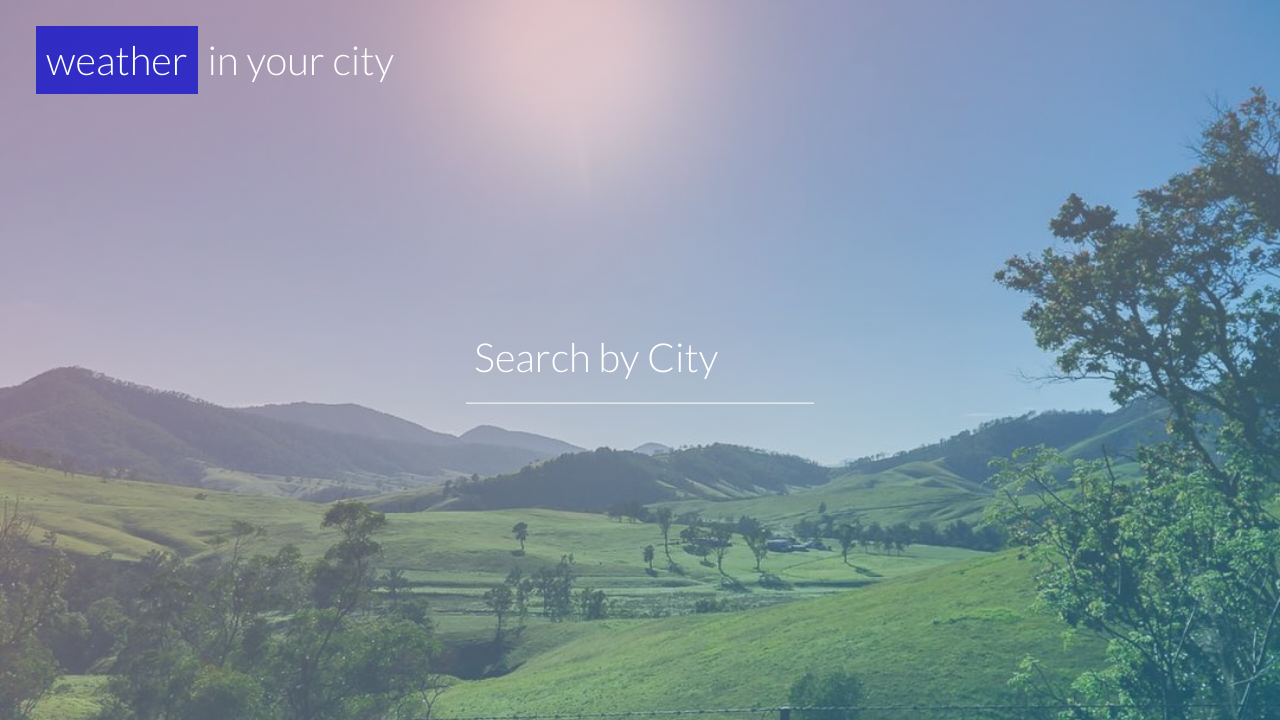
Repository: nosplashurinal/weather-app
Page: /
These files come from the project's save history. The page is drawn as it stood at one moment and after the next save; the edit follows.
The browser window is 1280 px wide. The pictures show the whole page.
The project was rebuilt for these pictures with package versions that can differ from the ones it lists, and the page was loaded fresh each time. Also part of the build but not shown: src/components/WeatherDataBlock.vue.

Above is the page before, as saved 2018-12-28 22:50:54.

### public/index.html
<!DOCTYPE html>
<html lang="en">

<head>
	<meta charset="utf-8">
	<meta http-equiv="X-UA-Compatible" content="IE=edge">
	<meta name="viewport" content="width=device-width,initial-scale=1.0">
	<link rel="icon" href="<%= BASE_URL %>favicon.ico">
	<link href="https://fonts.googleapis.com/css?family=Lato:300,400" rel="stylesheet">
	<title>weather-app</title>
</head>

<body>
	<noscript>
		<strong>We're sorry but weather-app doesn't work properly without JavaScript enabled. Please enable it to continue.</strong>
	</noscript>
	<div id="app"></div>
	<!-- built files will be auto injected -->
</body>

</html>

### src/App.vue
<template>
  <div class="root-container">
    <div class="overlay"></div>
    <div class="title">
      <span>weather</span>
      <span>in your city</span>
    </div>
    <div class="search-container">
      <Search
        v-bind:message="message"
        v-bind:showLoading="isLoadingResults"
        v-bind:isError="isError"
        v-on:on-key-press="onClickSearch"
      />
      <transition name="ease">
        <div class="results-container" v-if="showResults">
          <WeatherDataBlock v-bind:weatherData="weatherData"/>
        </div>
      </transition>
    </div>
  </div>
</template>

<script>
import Search from "./components/Search.vue";
import WeatherDataBlock from "./components/WeatherDataBlock.vue";
import axios from "axios";

export default {
  name: "app",
  components: {
    Search,
    WeatherDataBlock
  },
  data() {
    return {
      currentQueryValue: null,
      results: [],
      showResults: false,
      address: null,
      isError: false,
      message: null,
      searchQuery: null,
      isLoadingResults: false,
      units: "metric",
      weatherData: undefined
    };
  },
  watch: {
    async searchQuery(newQuery) {
      let storedWeatherData;
      this.showResults = false;

      // Check if anything is saved in localStorage
      if (window.localStorage.getItem("searches")) {
        // Now, check if the current query matches anything in localStorage
        storedWeatherData = this.getFromLocalStorage(newQuery);
      } else {
        // Create an empty object in localStorage
        window.localStorage.setItem("searches", null);
      }
      if (storedWeatherData) {
        this.isLoadingResults = true;
        // Translate localStorage data into the format needed to display the data
        setTimeout(
          () =>
            (this.weatherData = this.parseStoredWeatherData(
              storedWeatherData.result
            )),
          0.0001
        );
      } else {
        this.isLoadingResults = true;
        try {
          let weatherData = await this.fetchWeatherDataForCity(
            this.searchQuery
          );
          const formattedData = this.parseApiResponse(newQuery, weatherData);
          this.pushDataToLocalStorage(formattedData);
          this.weatherData = formattedData.result;
        } catch {
          this.isLoadingResults = true;
          this.isError = true;
        }
      }
    },
    weatherData() {
      this.isLoadingResults = false;
      this.showResults = true;
    }
  },
  methods: {
    pushDataToLocalStorage(newDataItem) {
      let storedData = window.localStorage.getItem("searches");
      let storedDataObject = JSON.parse(storedData);
      let newDataObject = [];
      if (storedDataObject) {
        newDataObject = [...storedDataObject, newDataItem];
      } else {
        newDataObject.push(newDataItem);
      }
      window.localStorage.setItem("searches", JSON.stringify(newDataObject));
    },
    parseApiResponse(query, data) {
      return {
        query,
        result: {
          id: data.sys.id,
          temp: data.main.temp,
          name: data.name,
          country: data.sys.country,
          icon: data.weather[0].icon,
          description: data.weather[0].description,
          date: data.dt,
          humidity: data.wind.speed,
          wind: data.main.humidity
        }
      };
    },
    parseStoredWeatherData(data) {
      return {
        name: data.name,
        country: data.country,
        humidity: data.humidity,
        temp: data.temp,
        wind: data.wind,
        icon: data.icon,
        description: data.description,
        date: data.date
      };
    },
    getFromLocalStorage(i) {
      const localStorage = window.localStorage;
      const searchObject = JSON.parse(localStorage.getItem("searches"));
      if (searchObject) {
        return searchObject.find(item => item.query === i);
      } else {
        return null;
      }
    },
    onClickSearch(e) {
      if (e.key === "Enter") {
        this.searchQuery = e.target.value;
      }
    },
    fetchWeatherDataForCity(city) {
      return new Promise((resolve, reject) => {
        axios
          .get(
            `http://api.openweathermap.org/data/2.5/weather?q=${city},in&APPID=7c519880689160b16f5d233f16f2868d${
              this.units === "metric" ? "&units=metric" : ""
            }`
          )
          .then(response => {
            if (response.status === 404) {
              reject(response.err);
            } else {
              resolve(response.data);
            }
          });
      });
    }
  }
};
</script>

<style lang="scss" src="@/styles/app.scss">
</style>

### src/styles/app.scss
@import "./global.scss";
@import "./constants.scss";

.root-container {
  width: 100%;
  height: auto;
  overflow-y: scroll;
  overflow-x: hidden;
  font-size: 16px;
  &:before {
    position: absolute;
    background: url("/images/bg.jpg") no-repeat;
    background-size: cover;
    background-position: center;
    width: 100%;
    height: 100%;
    content: "";
    display: block;
  }
}
.overlay {
  position: absolute;
  width: 100%;
  height: 100%;
  background-image: linear-gradient(
    to bottom right,
    rgba(230, 154, 154, 0.65),
    rgba(44, 181, 232, 0.4)
  );
}
.title {
  position: absolute;
  top: 36px;
  left: 36px;
  width: auto;
  height: auto;
  text-align: center;
  font-size: 2.5em;
  color: #fff;
  font-family: $font-primary;
  font-weight: 100;
  > span {
    padding: 0.25em;
    &:nth-child(1) {
      background-color: rgba($blue, 0.7);
    }
  }
}
.search-container {
  position: absolute;
  top: 50%;
  transform: translate(-50%, -50%);
  left: 50%;
  .results-container {
    margin-top: 4em;
  }
}
.ease-enter-active,
.ease-leave-active {
  transition: all 900ms cubic-bezier(0,.57,.01,.97);
}
.ease-enter, .ease-leave-to /* .fade-leave-active below version 2.1.8 */ {
  opacity: 0;
  transform: scale(0.9) translate(0, 50px);
}

### src/styles/global.scss
html, body {
	position: relative;
	width: 100%;
	height: 100%;
}

body {
	color: #333;
	margin: 0;
	padding: 0;
	box-sizing: border-box;
	font-family: -apple-system, BlinkMacSystemFont, "Segoe UI", Roboto, Oxygen-Sans, Ubuntu, Cantarell, "Helvetica Neue", sans-serif;
}

a {
	color: rgb(0,100,200);
	text-decoration: none;
}

a:hover {
	text-decoration: underline;
}

a:visited {
	color: rgb(0,80,160);
}

label {
	display: block;
}

input, button, select, textarea {
	font-family: inherit;
	font-size: inherit;
	padding: 0.4em;
	margin: 0 0 0.5em 0;
	box-sizing: border-box;
	border: 1px solid #ccc;
	border-radius: 2px;
}

input:disabled {
	color: #ccc;
}

button {
	background-color: #f4f4f4;
	outline: none;
}

button:active {
	background-color: #ddd;
}

button:focus {
	border-color: #666;
}

p {
	margin: 0;
	padding: 0;
}

ul {
	list-style: none;
}
input:focus {
	outline: 0;
}

### src/styles/constants.scss
$blue: rgb(0, 0, 205);
$font-primary: "Lato", sans-serif;

### src/components/Search.vue
<template>
  <div
    class="search-popup"
    v-bind:class="{loading: showLoading, active: inputActive, dirty: isDirty}"
  >
    <input
      autocomplete="off"
      ref:input
      type="text"
      name="search"
      class="search"
      id="search"
      v-model="value"
      v-on:focus="inputActive = true"
      v-on:blur="onBlur"
      v-on:keypress="$emit('on-key-press', $event)"
    >
    <label>Search by City</label>
    <div class="underline"></div>
  </div>
</template>
<script>
export default {
  name: "Search",
  data() {
    return {
      isDirty: false,
      inputActive: false,
      value: null
    };
  },
  props: {
    showLoading: Boolean
  },
  methods: {
    onBlur() {
      this.inputActive = false;
      if (this.value && this.value.length !== 0) {
        this.isDirty = true;
      } else {
        this.isDirty = false;
      }
    }
  }
};
</script>
<style lang="scss" src="@/styles/search.scss">
</style>

### src/styles/search.scss
@import "./constants.scss";

.search-popup {
  position: relative;
  display: block;
  margin-left: auto;
  margin-right: auto;
  margin-top: auto;
  margin-bottom: auto;
  width: 348px;
  border-bottom: 1px solid rgba(255, 255, 255, 1);
  input {
    color: rgba(255, 255, 255, 1);
    background: transparent;
    border: 0;
    font-size: 3em;
    font-family: "Lato", sans-serif;
    font-weight: 300;
    margin: 0;
    width: 100%;
    height: auto;
    padding: 0.3em;
    padding-left: 0.2em;
    &::focus {
      background: transparent;
      border: none;
      outline: none;
      box-shadow: none;
    }
  }
  label {
    position: absolute;
    top: 0;
    bottom: 0;
    font-size: 2.5em;
    line-height: 1.5em;
    color: rgba(255, 255, 255, 1);
    pointer-events: none;
    font-family: "Lato", sans-serif;
    font-weight: 300;
    padding: 0.25em;
    padding-left: 0.2em;
    transition: transform 390ms cubic-bezier(0.4, 0, 0.2, 1);
  }
  &.loading::after {
    content: "";
    display: inline-block;
    position: absolute;
    background: url(https://cdn.caratlane.com/media/static/images/store-locator/loading.gif)
      no-repeat;
    background-size: 100% auto;
    transform: rotate(180deg);
    width: 40px;
    height: 40px;
    top: 0;
    bottom: 0;
    margin: auto;
    right: 0;
    background-position: center;
  }
  &.active {
    label {
      transform: translate(-18%, -70%) scale(0.7);
    }
    .underline {
      transform: scaleX(1);
    }
  }
  &.dirty {
    label {
      transform: translate(-18%, -70%) scale(0.7);
    }
  }
  .underline {
    position: absolute;
    bottom: 0;
    width: 100%;
    height: 2px;
    background: rgba(255, 255, 255, 0.7);
    transform: scaleX(0);
    transition: transform 390ms cubic-bezier(0.4, 0, 0.2, 1);
  }
}

Loaded but not shown: src/main.js (common file)

After the next save:
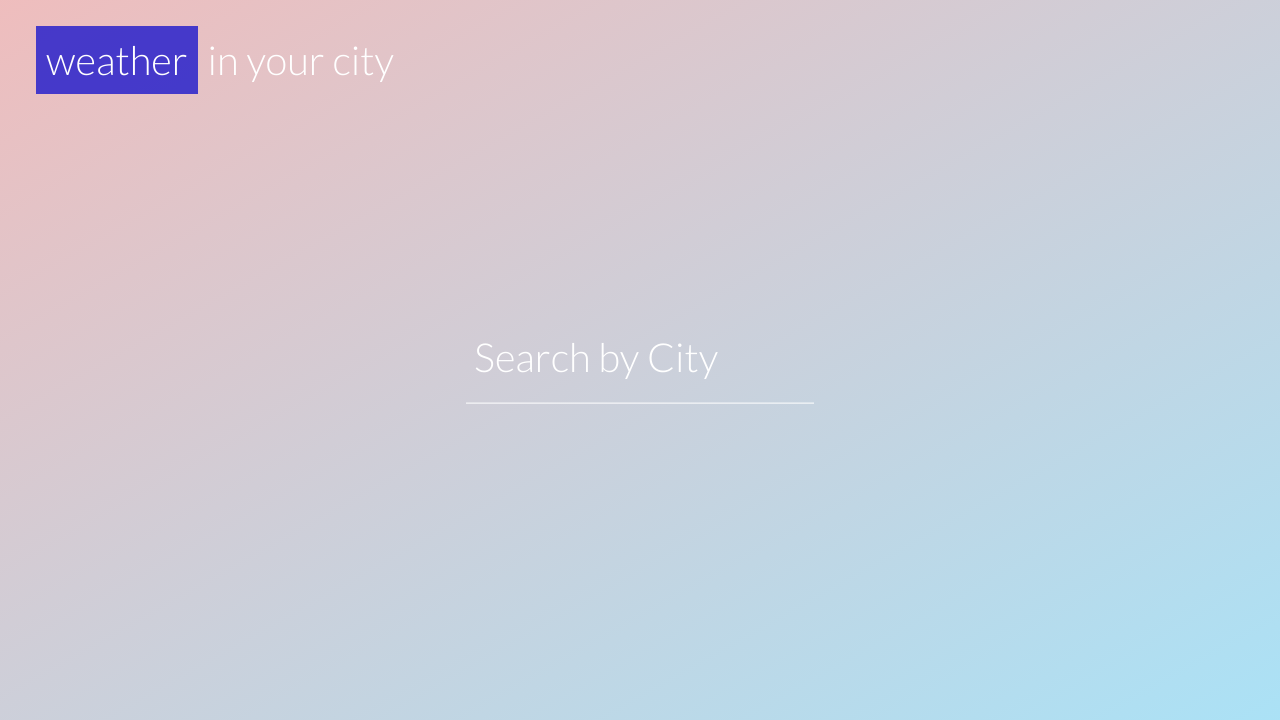
Saved 99 min 29 s later.
--- a/src/styles/app.scss
+++ b/src/styles/app.scss
@@ -7,16 +7,14 @@
   overflow-y: scroll;
   overflow-x: hidden;
   font-size: 16px;
-  &:before {
-    position: absolute;
-    background: url("/images/bg.jpg") no-repeat;
-    background-size: cover;
-    background-position: center;
-    width: 100%;
-    height: 100%;
-    content: "";
-    display: block;
-  }
+}
+.bg {
+  position: absolute;
+  background: url("/images/bg.jpg") no-repeat;
+  background-size: cover;
+  background-position: center;
+  width: 100%;
+  height: 100%;
 }
 .overlay {
   position: absolute;

After the save that followed:
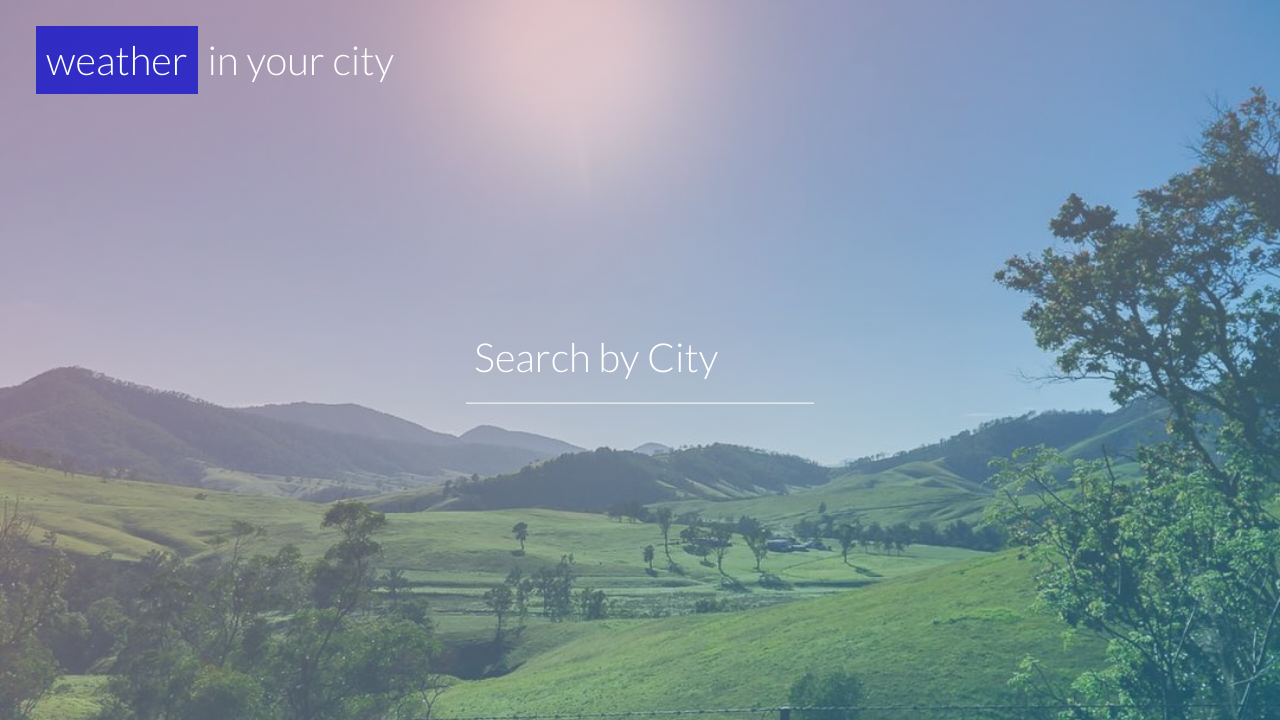
Saved 13 s later.
--- a/src/App.vue
+++ b/src/App.vue
@@ -1,5 +1,6 @@
 <template>
   <div class="root-container">
+    <div class="bg"></div>
     <div class="overlay"></div>
     <div class="title">
       <span>weather</span>
